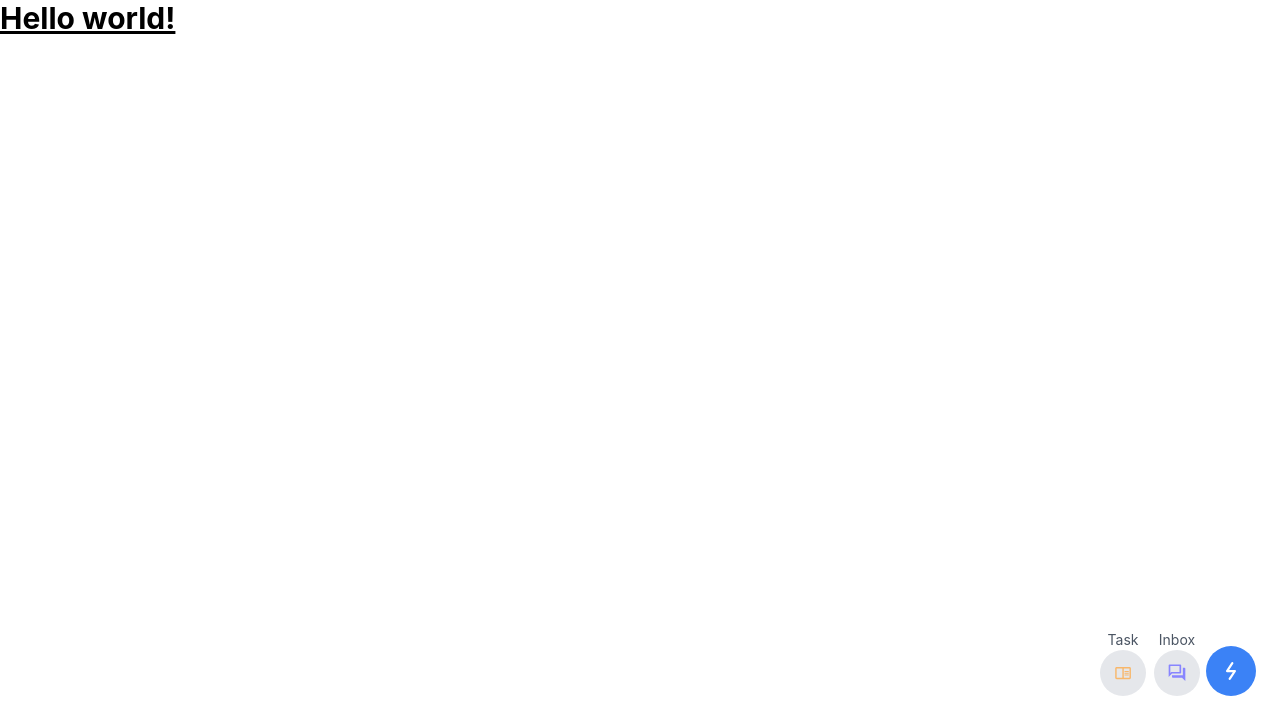
Repository: farrelmuhammad/quick-chat-task
Page: /, after clicking the first element matching `button.bg-blue-500`
These files come from the project's save history. The page is drawn as it stood at one moment and after the next save; the edit follows.
The browser window is 1280 px wide. The pictures show the whole page.
The project was rebuilt for these pictures with package versions that can differ from the ones it lists, and the page was loaded fresh each time. Also part of the build but not shown: src/App.css.

Above is the page before, as saved 2023-09-18 10:51:03.

After the next save:
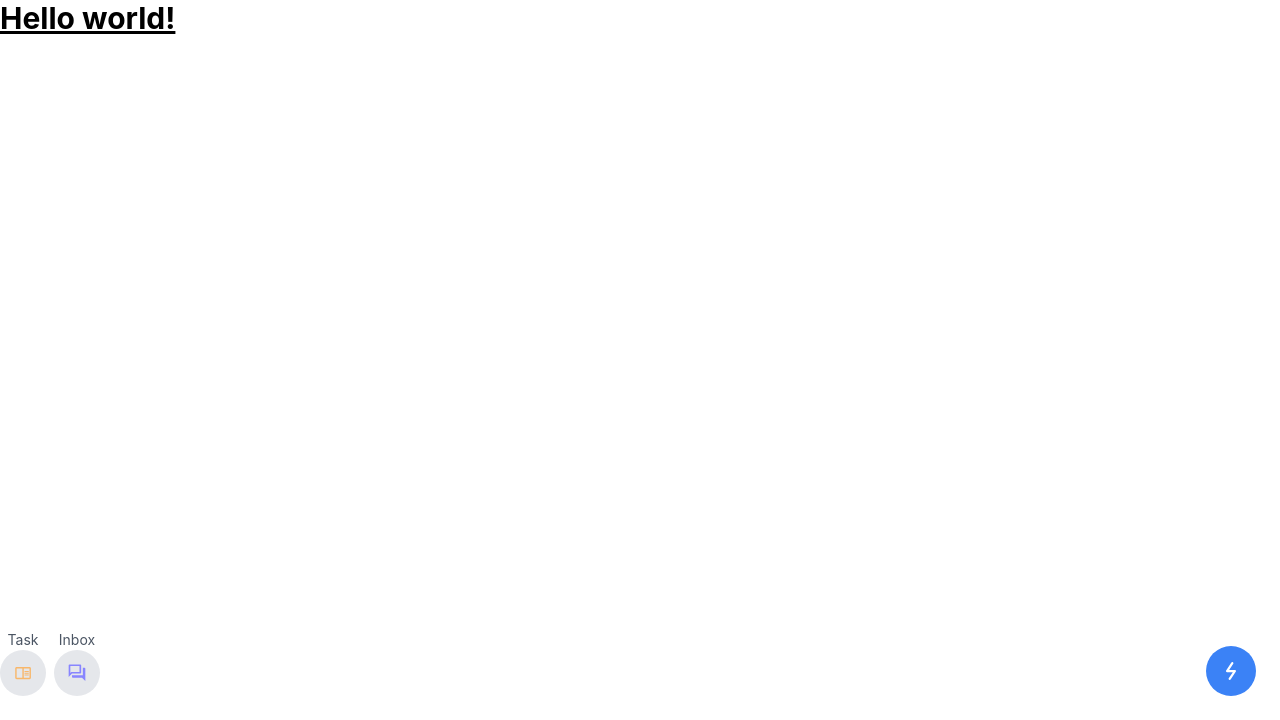
Saved 13 s later.
--- a/src/App.js
+++ b/src/App.js
@@ -21,7 +21,7 @@
 
 
       {showAdditionalButtons && (
-        <div className="fixed bottom-6 right-20 space-x-2 flex">
+        <div className="fixed bottom-6 right-22 space-x-2 flex">
           <div className="text-center">
             <p className="text-gray-600 text-sm mt-2">Task</p>
             <button className="bg-gray-200 text-white cursor-pointer transition hover:bg-blue-700 p-3.5 rounded-full">

After the save that followed:
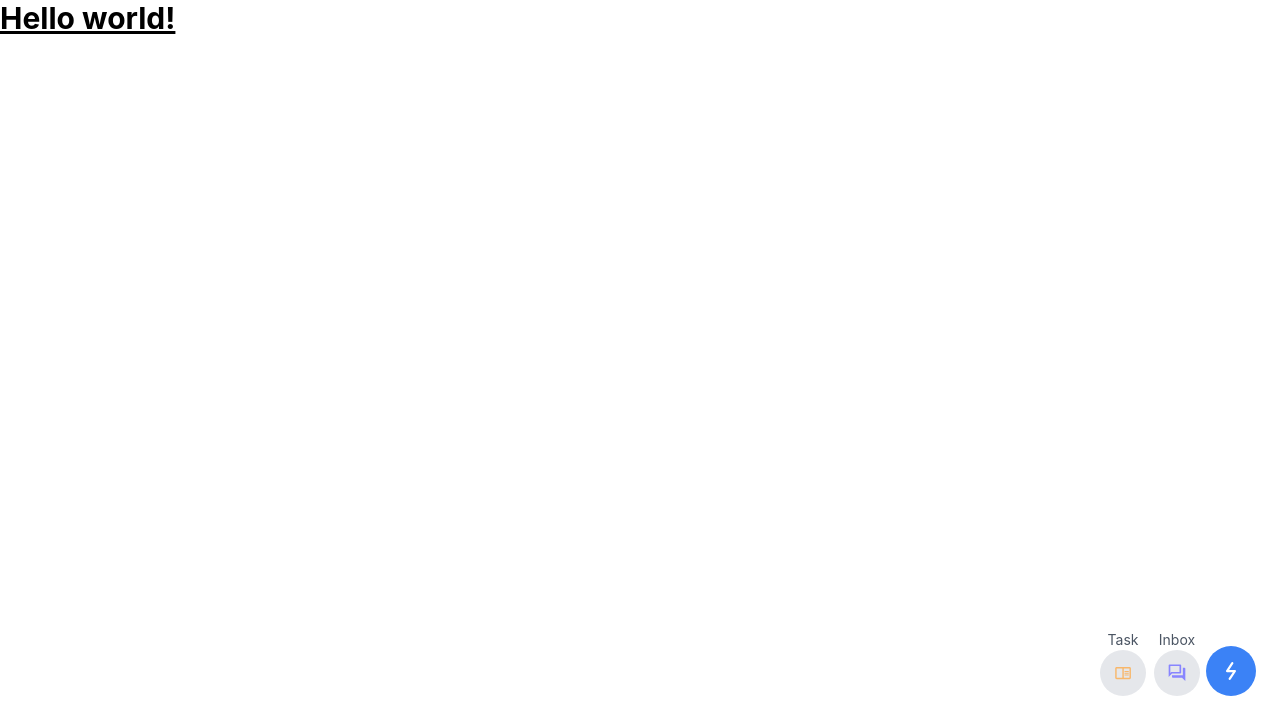
Saved 5 s later.
--- a/src/App.js
+++ b/src/App.js
@@ -21,7 +21,7 @@
 
 
       {showAdditionalButtons && (
-        <div className="fixed bottom-6 right-22 space-x-2 flex">
+        <div className="fixed bottom-6 right-20 space-x-2 flex">
           <div className="text-center">
             <p className="text-gray-600 text-sm mt-2">Task</p>
             <button className="bg-gray-200 text-white cursor-pointer transition hover:bg-blue-700 p-3.5 rounded-full">
